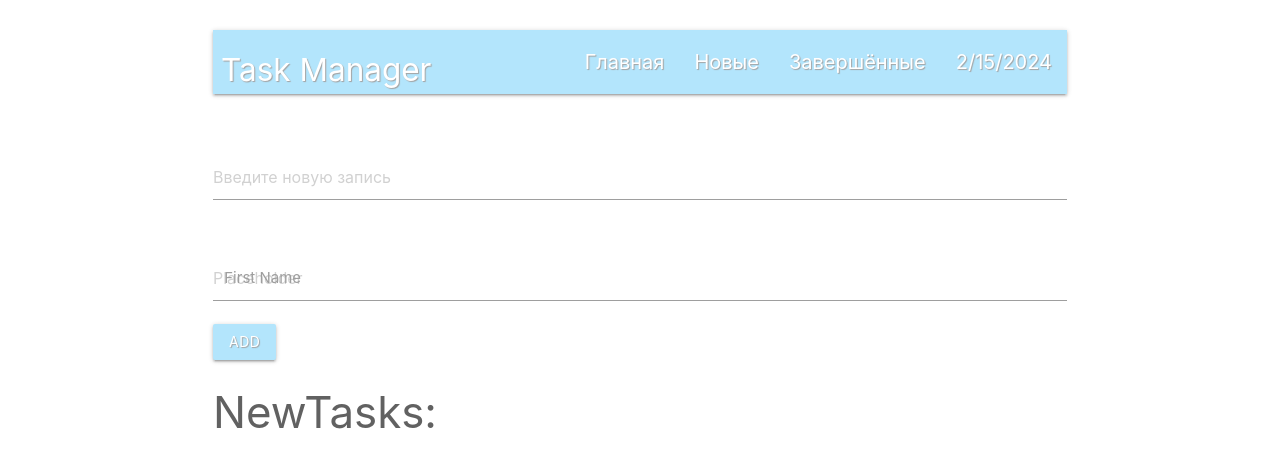
Repository: iveivs/myReactTaskManager
Page: /new
These files come from the project's save history. The page is drawn as it stood at one moment and after the next save; the edit follows.
The browser window is 1280 px wide. The pictures show the whole page.
The project was rebuilt for these pictures with package versions that can differ from the ones it lists, and the page was loaded fresh each time. Also part of the build but not shown: vite.config.js, src/components/DoneTasks.jsx, src/components/MainPage.jsx.

Above is the page before, as saved 2024-02-15 15:39:55.

After the next save:
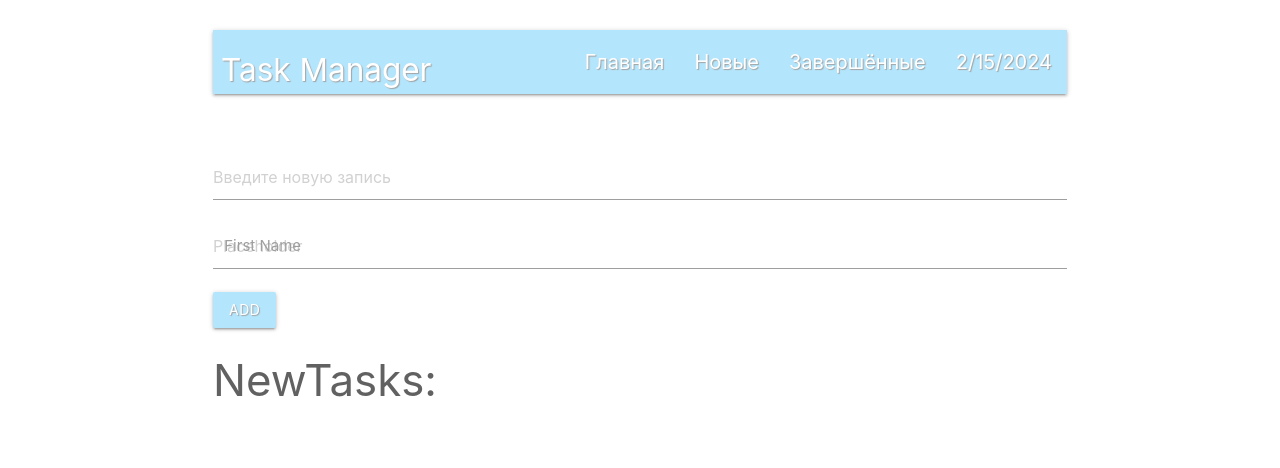
Saved 45 s later.
--- a/src/index.css
+++ b/src/index.css
@@ -17,9 +17,9 @@
     text-shadow: 1px 1px 1px #a3a3a3;
 
 }
-.inputMain {
+/* .inputMain {
     margin-bottom: 40px !important ;
-}
+} */
 nav {
     margin-bottom: 60px;
 }
